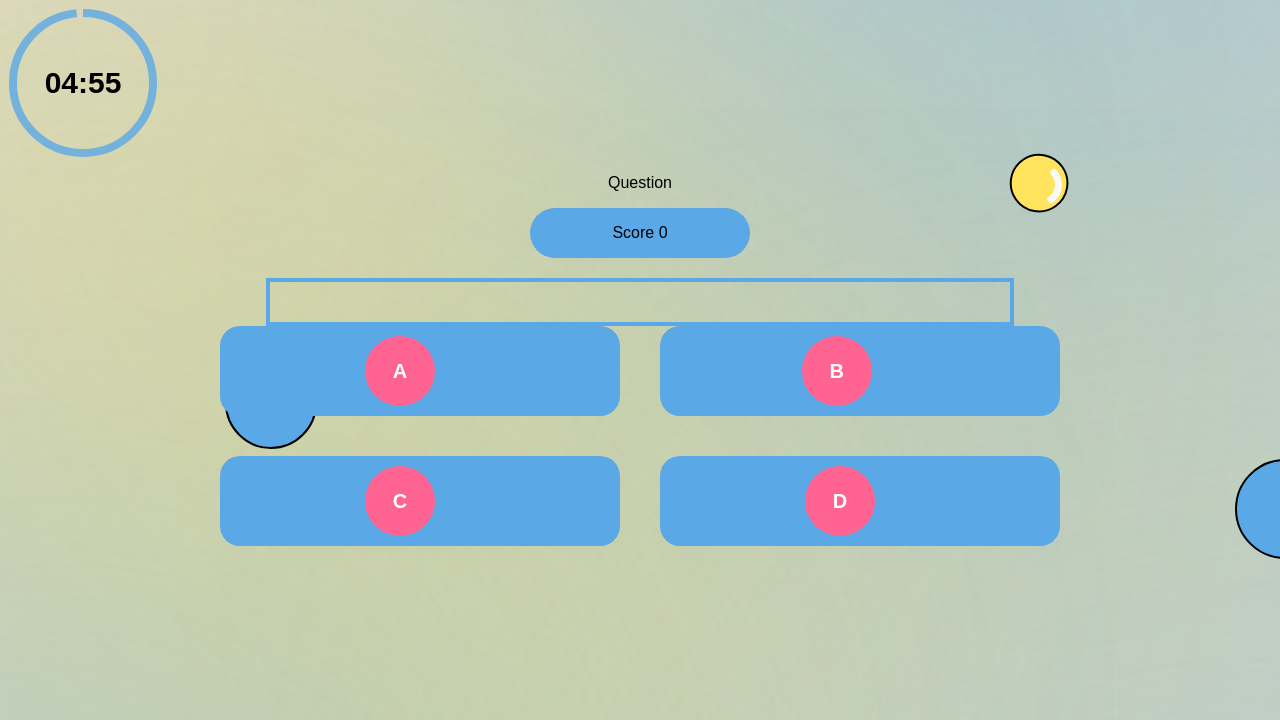
Repository: sierralaurent/SmartiePants
Page: quiz.html
These files come from the project's save history. The page is drawn as it stood at one moment and after the next save; the edit follows.
The browser window is 1280 px wide. The pictures show the whole page.
The page's requests for data from a server got no answer.

Above is the page before, as saved 2023-05-16 22:26:11.

### quiz.html
<!DOCTYPE html>
<html lang="en">
    <!--Actual Quiz page-->
  <head>
    <meta charset="UTF-8" />
    <meta name="viewport" content="width=device-width, initial-scale=1.0" />
    <meta http-equiv="X-UA-Compatible" content="ie=edge" />
    <title>SMARTIEPANTS | PLAY</title>
    <link rel="stylesheet" href="quiz.css" />
  </head>
<body>
  <div id="time">
    <div class="circle" style="--clr:#ff2972">
        <div class="dots"></div>
        <svg>
            <circle cx="70" cy="70" r="70" id="dd"></circle>
        </svg>
        <div id="timeLeft">00:00</div>
    </div>
</div>

<div class="container">
    <div id="loader"></div>
    <div id="game" >
      <div id="hud">
        <div id="hud-item">
          <p id="progressText">
            Question
          </p>
          <div id="progressBar">
            <div id="progressBarFull"></div>
          </div>
        </div>
        <div class="score" id="hud-item">
          <p>
            Score
          </p>  &nbsp;
          <p id="score">
            0
          </p>
        </p>

      </div>
      <h2 class="question" id="question"></h2>
      <div class="choice-a-b">
        <div class="choice-container">
          <p class="choice-prefix">A </p>
          <p class="choice-text" data-number="1"></p>
        </div>
        <div class="choice-container">
          <p class="choice-prefix">B </p>&nbsp;
          <p class="choice-text" data-number="2"></p>
        </div>
      </div>


<div class="choice-c-d">
  <div class="choice-container">
    <p class="choice-prefix">C </p>
    <p class="choice-text" data-number="3"></p>
  </div>
  <div class="choice-container">
    <p class="choice-prefix">D </p>
    <p class="choice-text" data-number="4"></p>
  </div>
</div>

    </div>
  </div>
  <script src="quiz.js"></script>
  <script src="timer.js"></script>
</body>
</html>

### quiz.css
body {
    background-image: url('./background.svg');
}

#time .circle svg{
    position: relative;
    width: 150px;
    height: 150px;
    transform: rotate(270deg);
    }

    #time .circle svg circle{
        fill: transparent;
        stroke-width: 8;
        stroke: rgba(90, 169, 230, 0.8);
        transform: translate(5px,5px);
        stroke-dasharray: 440;
    }

    #time .circle{
        position: relative;
        width: 150px;
        height: 150px;
        display: flex;
        justify-content: center;
        align-items: center;
    }

    #time div{
        position: absolute;
        text-align: center;
        font-family: Arial, Helvetica, sans-serif;
        font-weight: bold;
        font-size: 30px;
    }

    .container{
        display: flex;
        justify-content: center;
        text-align: center;
        font-family: Arial, Helvetica, sans-serif;
    }

.choice-container{
    display: flex;
    align-items: center;
    background-color: rgba(90, 169, 230, 1);
    margin: 20px;
    justify-content: center;
    font-size: 24px;
    padding: 20px;
    border-radius: 20px;
    color: white;
    width: 360px;
    height: 50px;
    font-weight: bold;
}

.choice-a-b{
    display: flex;
     justify-content: center;
}

.choice-c-d{
    display: flex;
     justify-content: center;
}

.choice-prefix{
   width: 70px;
  height: 70px;
  border-radius: 100%;
  background: #FF6392;
  color: white;
  display: flex;
  align-items: center;
  justify-content: center;
  font-size: 20px;
margin-right: 20px;
}

.choice-text{
     margin-left: 20px;
}

.question{
    width: 700px;
    font-size: 25px;
   padding: 20px;
    border: 4px solid rgba(90, 169, 230, 1);
    margin: 0 auto;
    position: relative;
    top: 20px;
}

.score{
    display: flex;
    justify-content: center;
    background-color:  rgba(90, 169, 230, 1);
    border-radius: 49px;
    width: 220px;
    margin: 0 auto;

}

### quiz.js
const question = document.getElementById('question');
const choices = Array.from(document.getElementsByClassName('choice-text'));
const progressText = document.getElementById('progressText');
const scoreText = document.getElementById('score');
const progressBarFull = document.getElementById('progressBarFull');
const loader = document.getElementById('loader');
const game = document.getElementById('game');
let currentQuestion = {};
let acceptingAnswers = false;
let score = 0;
let questionCounter = 0;
let availableQuesions = [];

let questions = [];

fetch(
    'https://opentdb.com/api.php?amount=10&difficulty=easy&type=multiple'
)
    .then((res) => {
        return res.json();
    })
    .then((loadedQuestions) => {
        questions = loadedQuestions.results.map((loadedQuestion) => {
            const formattedQuestion = {
                question: loadedQuestion.question,
            };

            const answerChoices = [...loadedQuestion.incorrect_answers];
            formattedQuestion.answer = Math.floor(Math.random() * 4) + 1;
            answerChoices.splice(
                formattedQuestion.answer - 1,
                0,
                loadedQuestion.correct_answer
            );

            answerChoices.forEach((choice, index) => {
                formattedQuestion['choice' + (index + 1)] = choice;
            });

            return formattedQuestion;
        });

        startGame();
    })
    .catch((err) => {
        console.error(err);
    });

//CONSTANTS
const CORRECT_BONUS = 10;
const MAX_QUESTIONS = 10;

startGame = () => {
    questionCounter = 0;
    score = 0;
    availableQuesions = [...questions];
    getNewQuestion();
    game.classList.remove('hidden');
    loader.classList.add('hidden');
};

getNewQuestion = () => {
    if (availableQuesions.length === 0 || questionCounter >= MAX_QUESTIONS) {
        localStorage.setItem('mostRecentScore', score);
        //go to the end page
        return window.location.assign('/end.html');
    }
    questionCounter++;
    progressText.innerText = `Question ${questionCounter}/${MAX_QUESTIONS}`;
    //Update the progress bar
    progressBarFull.style.width = `${(questionCounter / MAX_QUESTIONS) * 100}%`;

    const questionIndex = Math.floor(Math.random() * availableQuesions.length);
    currentQuestion = availableQuesions[questionIndex];
    question.innerHTML = currentQuestion.question;

    choices.forEach((choice) => {
        const number = choice.dataset['number'];
        choice.innerHTML = currentQuestion['choice' + number];
    });

    availableQuesions.splice(questionIndex, 1);
    acceptingAnswers = true;
};

choices.forEach((choice) => {
    choice.addEventListener('click', (e) => {
        if (!acceptingAnswers) return;

        acceptingAnswers = false;
        const selectedChoice = e.target;
        const selectedAnswer = selectedChoice.dataset['number'];

        const classToApply =
            selectedAnswer == currentQuestion.answer ? 'correct' : 'incorrect';

        if (classToApply === 'correct') {
            incrementScore(CORRECT_BONUS);
        }

        selectedChoice.parentElement.classList.add(classToApply);

        setTimeout(() => {
            selectedChoice.parentElement.classList.remove(classToApply);
            getNewQuestion();
        }, 1000);
    });
});

incrementScore = (num) => {
    score += num;
    scoreText.innerText = score;
};

### timer.js

        let timeLeft = document.getElementById("timeLeft");
        let countdownCircle = document.getElementById('dd');
        let dots = document.querySelector('.dots');
        let endTime = new Date();
        endTime.setMinutes(endTime.getMinutes() + 5);

        let x = setInterval(function(){
            let now = new Date().getTime();
            let distance = endTime - now;


            let minutes = Math.floor((distance % (1000 * 60 * 60)) / (1000 * 60));
            let seconds = Math.floor((distance % (1000 * 60)) / 1000);


            timeLeft.innerHTML = minutes.toString().padStart(2, '0') + ":" +
                                  seconds.toString().padStart(2, '0');


            let radius = (distance / (endTime - now)) * 70;
            countdownCircle.setAttribute('r', radius);

            if (distance <= 0) {
                clearInterval(x);
                timeLeft.innerHTML = "00:00";
                showAlert();

            }

            dd.style.strokeDashoffset = 440 - (440 * (distance / (5 * 60 * 1000)));

        }, 1000);
        function showAlert(){
            alert("time is over");
        }

After the next save:
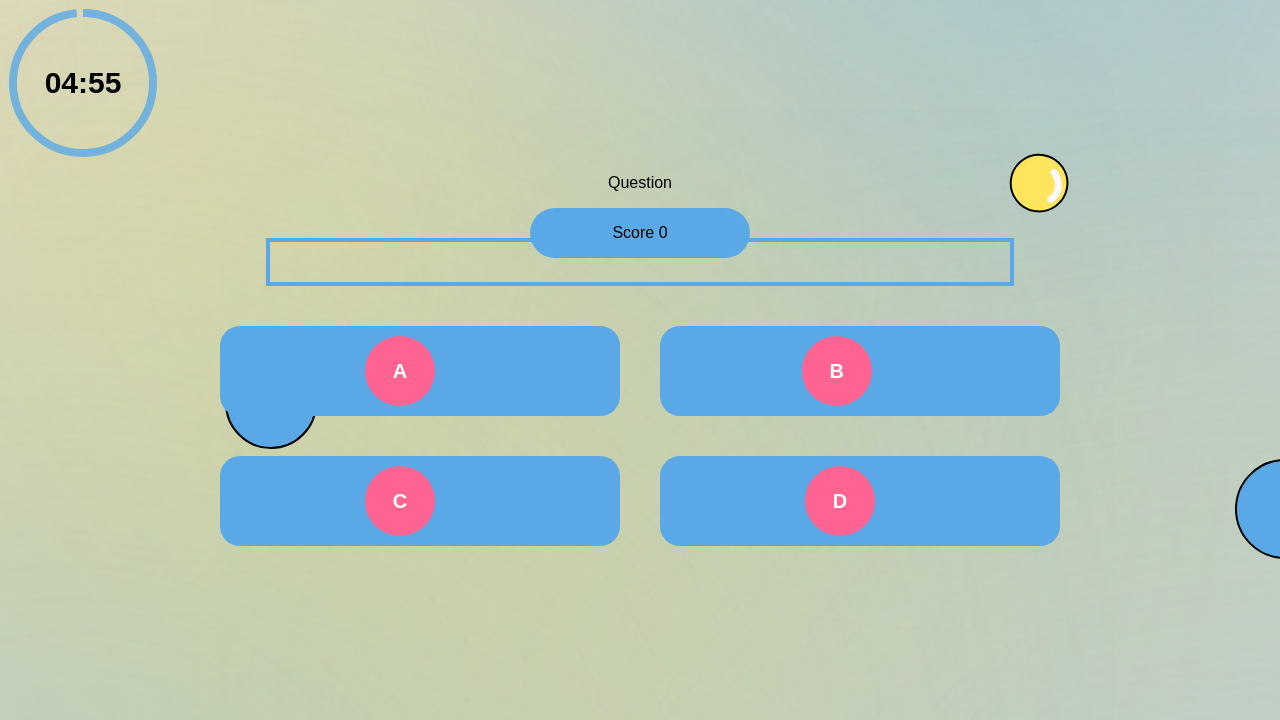
Saved 6 s later.
--- a/quiz.css
+++ b/quiz.css
@@ -90,7 +90,7 @@ margin-right: 20px;
     border: 4px solid rgba(90, 169, 230, 1);
     margin: 0 auto;
     position: relative;
-    top: 20px;
+   bottom: 20px;
 }
 
 .score{
